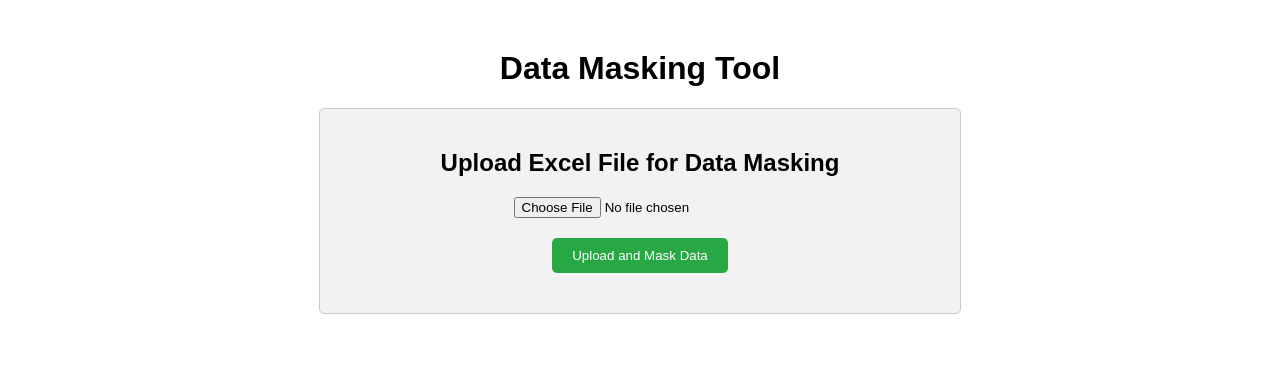
Repository: prithika12/DataMasking_Tool
Page: index.html
These files come from the project's save history. The page is drawn as it stood at one moment and after the next save; the edit follows.
The browser window is 1280 px wide. The pictures show the whole page.

Above is the page before, as saved 2024-07-09 11:36:24.

### index.html
<!DOCTYPE html>
<html>
<head>
    <h1>Data Masking Tool</h1>
    <style>
        body {
            font-family: Arial, sans-serif;
            margin: 50px;
        }
        .container {
            max-width: 600px;
            margin: 0 auto;
            padding: 20px;
            background-color: #f2f2f2;
            border: 1px solid #ccc;
            border-radius: 5px;
        }
        h2 {
            text-align: center;
        }
        h1 {
            text-align: center;
        }
        input[type="file"] {
            display: block;
            margin: 20px auto;
        }
        button {
            display: block;
            margin: 20px auto;
            padding: 10px 20px;
            background-color: #28a745;
            color: white;
            border: none;
            border-radius: 5px;
            cursor: pointer;
        }
        button:hover {
            background-color: #218838;
        }
    </style>
</head>
<body>
    <div class="container">
        <h2>Upload Excel File for Data Masking</h2>
        <form action="/uploader" method="post" enctype="multipart/form-data">
            <input type="file" name="file" accept=".xlsx">
            <button type="submit">Upload and Mask Data</button>
        </form>
    </div>
</body>
</html>

After the next save:
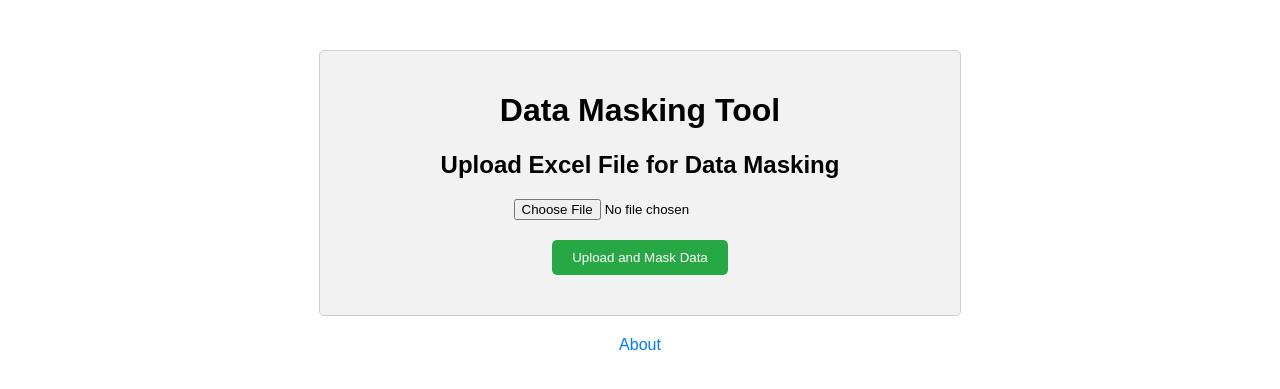
Saved 2 min 36 s later.
--- a/index.html
+++ b/index.html
@@ -1,7 +1,7 @@
 <!DOCTYPE html>
 <html>
 <head>
-    <h1>Data Masking Tool</h1>
+    <title>Data Masking Tool</title>
     <style>
         body {
             font-family: Arial, sans-serif;
@@ -15,10 +15,7 @@
             border: 1px solid #ccc;
             border-radius: 5px;
         }
-        h2 {
-            text-align: center;
-        }
-        h1 {
+        h1, h2 {
             text-align: center;
         }
         input[type="file"] {
@@ -38,15 +35,30 @@
         button:hover {
             background-color: #218838;
         }
+        .about-link {
+            text-align: center;
+            margin-top: 20px;
+        }
+        .about-link a {
+            color: #007bff;
+            text-decoration: none;
+        }
+        .about-link a:hover {
+            text-decoration: underline;
+        }
     </style>
 </head>
 <body>
     <div class="container">
+        <h1>Data Masking Tool</h1>
         <h2>Upload Excel File for Data Masking</h2>
         <form action="/uploader" method="post" enctype="multipart/form-data">
             <input type="file" name="file" accept=".xlsx">
             <button type="submit">Upload and Mask Data</button>
         </form>
     </div>
+    <div class="about-link">
+        <a href="https://github.com/prithika12/DataMasking_Tool/blob/main/README.md" target="_blank">About</a>
+    </div>
 </body>
 </html>
